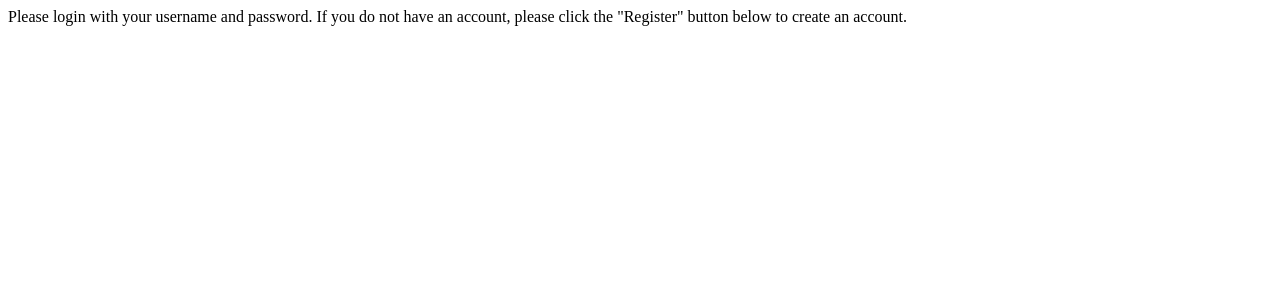
Repository: ejohnson93/CSCE_464
Page: http://localhost/hotel_management/login.jsp
An editor plug-in stored every save of this project. The page is shown before and after the next save, followed by the edit.
The browser window is 1280 px wide. The pictures show the whole page.
The page is served by Tomcat 9. Other server files are loaded and not shown.

Above is the page before, as saved 2016-01-27 20:23:11.

### hotel_management/WebContent/login.jsp
<%@ page language="java" contentType="text/html; charset=ISO-8859-1"
    pageEncoding="ISO-8859-1"%>
<!DOCTYPE html PUBLIC "-//W3C//DTD HTML 4.01 Transitional//EN" "http://www.w3.org/TR/html4/loose.dtd">
<html>
<head>
<meta http-equiv="Content-Type" content="text/html; charset=ISO-8859-1">
<title>Login</title>
</head>
<body>
Please login with your username and password. If you do not have an account, please click the "Register" button below to create an account.
</body>
</html>

After the next save:
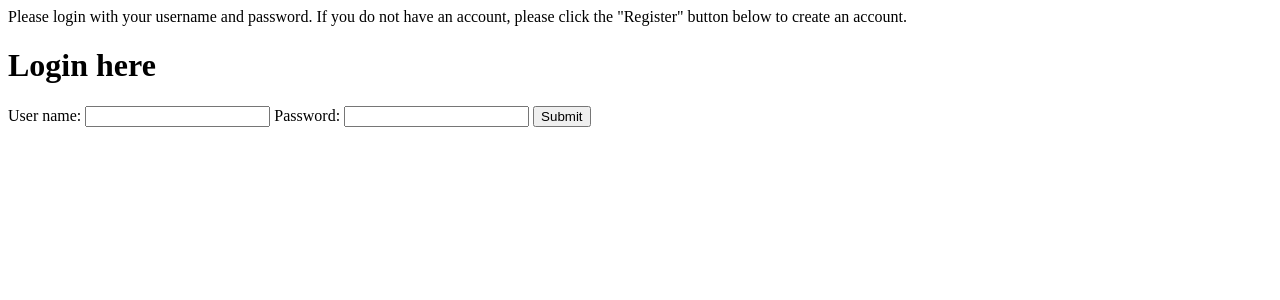
Saved 105 min 34 s later.
--- a/hotel_management/WebContent/login.jsp
+++ b/hotel_management/WebContent/login.jsp
@@ -8,5 +8,11 @@
 </head>
 <body>
 Please login with your username and password. If you do not have an account, please click the "Register" button below to create an account.
+<h1> Login here</h1>
+<form name="input" action="login" method="post">
+User name: <input type="text" name="user">
+Password: <input type="password" name="pass">
+<input type="submit" value="Submit">
+</form>
 </body>
 </html>
